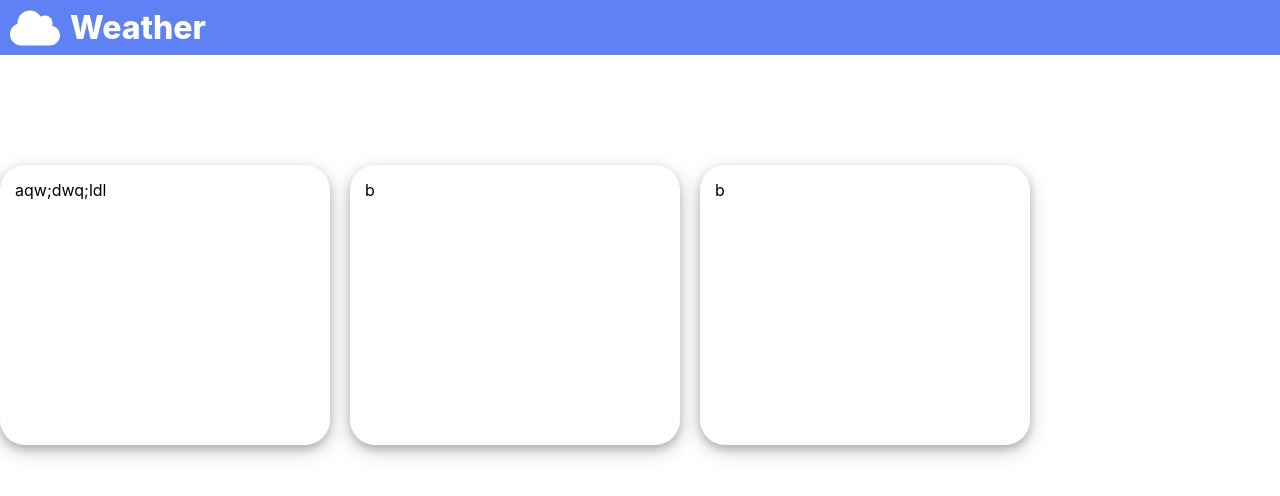
Repository: ahmedazawi/weather-app
Page: /
An editor plug-in stored every save of this project. The page is shown before and after the next save, followed by the edit.
The browser window is 1280 px wide. The pictures show the whole page.
The project was rebuilt for these pictures with package versions that can differ from the ones it lists, and the page was loaded fresh each time.

Above is the page before, as saved 2022-11-29 21:12:17.

After the next save:
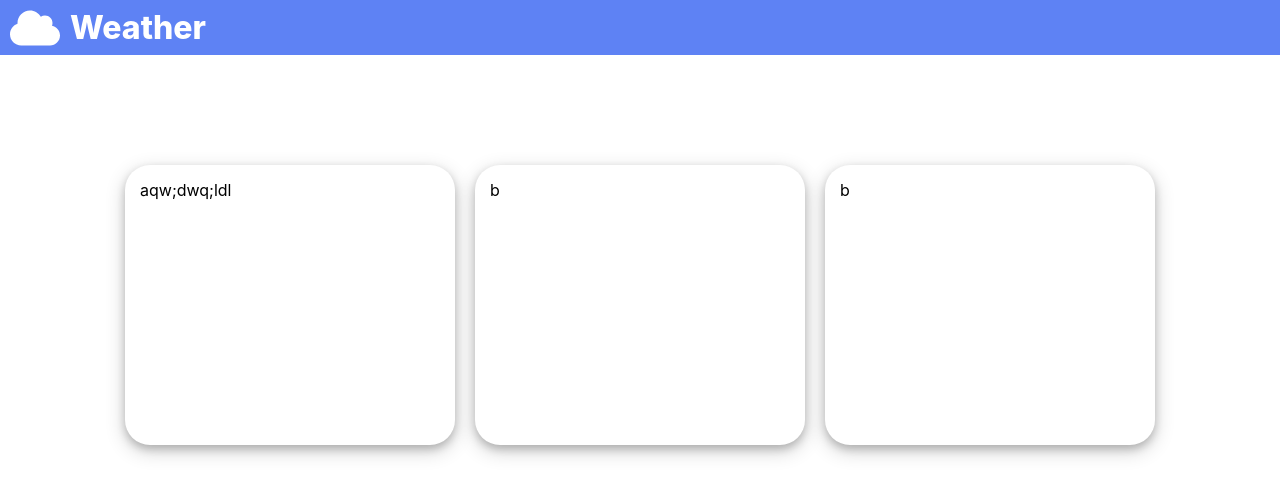
Saved 23 s later.
--- a/src/assets/css/details.css
+++ b/src/assets/css/details.css
@@ -12,7 +12,7 @@
   flex-wrap: wrap;
   gap: 20px;
   align-items: center;
-  /* justify-content: space-around; */
+  justify-content: center;
 }
 .big-cards > div {
   width: 300px;
